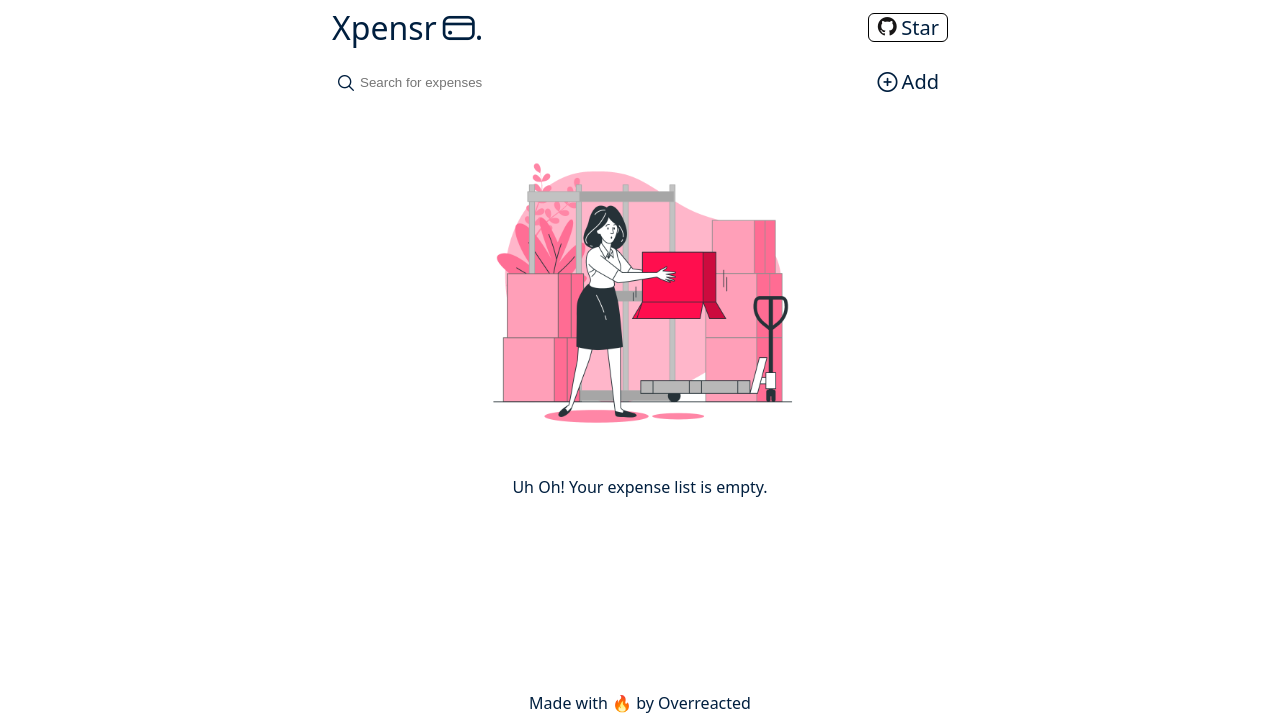
Repository: om1ars/task3
Page: /
The author's editor kept a copy of each file at every save. The page is drawn from the files as they stood at one save, then again after the next save.
The browser window is 1280 px wide. The pictures show the whole page.
Some web libraries are served in a nearby version. The project was rebuilt for these pictures with package versions that can differ from the ones it lists, and the page was loaded fresh each time. Also part of the build but not shown: src/constants/add-expense.js, src/components/add-form/add-form.css, src/components/add-form/success-modal.css, src/components/add-form/success-modal.js, src/components/add-form/index.js, src/pages/add-expense/add-expense.css, src/pages/add-expense/index.js, src/components/expense-list/card.css and 1 more.

Above is the page before, as saved 2021-12-18 14:38:43.

### public/index.html
<!DOCTYPE html>
<html lang="en">
  <head>
    <meta charset="utf-8" />
    <link rel="icon" href="%PUBLIC_URL%/favicon.ico" />
    <meta name="viewport" content="width=device-width, initial-scale=1" />
    <meta name="theme-color" content="#000000" />
    <meta name="description" content="SPA to track all your expenses" />
    <link rel="apple-touch-icon" href="%PUBLIC_URL%/logo192.png" />
    <!--
      manifest.json provides metadata used when your web app is installed on a
      user's mobile device or desktop. See https://developers.google.com/web/fundamentals/web-app-manifest/
    -->
    <link rel="manifest" href="%PUBLIC_URL%/manifest.json" />
    <link rel="preconnect" href="https://fonts.googleapis.com" />
    <link rel="preconnect" href="https://fonts.gstatic.com" crossorigin />
    <link
      href="https://fonts.googleapis.com/css2?family=Noto+Sans&display=swap"
      rel="stylesheet"
    />
    <link
      rel="stylesheet"
      href="https://cdn-uicons.flaticon.com/uicons-regular-rounded/css/uicons-regular-rounded.css"
    />
    <link
      rel="stylesheet"
      href="https://cdn.jsdelivr.net/gh/devicons/devicon@v2.12.0/devicon.min.css"
    />
    <title>Xpensr</title>
  </head>
  <body>
    <noscript>You need to enable JavaScript to run this app.</noscript>
    <div id="root"></div>
    <!--
      This HTML file is a template.
      If you open it directly in the browser, you will see an empty page.

      You can add webfonts, meta tags, or analytics to this file.
      The build step will place the bundled scripts into the <body> tag.

      To begin the development, run `npm start` or `yarn start`.
      To create a production bundle, use `npm run build` or `yarn build`.
    -->
  </body>
</html>

### src/index.js
import React from "react";
import ReactDOM from "react-dom";
import "./index.css";
import App from "./App";
import reportWebVitals from "./reportWebVitals";
import { Provider } from "react-redux";
import store from "./redux/store/index";

ReactDOM.render(
  <Provider store={store}>
    <App />
  </Provider>,
  document.getElementById("root")
);

// If you want to start measuring performance in your app, pass a function
// to log results (for example: reportWebVitals(console.log))
// or send to an analytics endpoint. Learn more: https://bit.ly/CRA-vitals
reportWebVitals();

### src/index.css
body {
  margin: 0;
  font-family: "Noto Sans", sans-serif;
  -webkit-font-smoothing: antialiased;
  -moz-osx-font-smoothing: grayscale;
  /* background-color: #71ccca; */
  color: #001f3f;
}
a {
  text-decoration: none;
  color: #001f3f;
}
.button {
  /* background: #71ccca; */
  box-shadow: 20px 20px 60px #60adac, -20px -20px 60px #82ebe8;
}
code {
  font-family: source-code-pro, Menlo, Monaco, Consolas, "Courier New",
    monospace;
}

### src/App.js
import React from "react";
import { BrowserRouter as Router, Route, Switch } from "react-router-dom";
import Footer from "./components/footer";
import Header from "./components/header";
import AddExpense from "./pages/add-expense";
import Home from "./pages/home/index";

const App = () => {
  return (
    <Router>
      <Header />
      <Switch>
        <Route path="/" exact component={Home} />
        <Route path="/add-expense" component={AddExpense} />
      </Switch>
      <Footer />
    </Router>
  );
};

export default App;

### src/redux/store/index.js
import { combineReducers, createStore } from "redux";
import { expenseReducer } from "../reducers/expenses";
const reducer = combineReducers({
  expenses: expenseReducer,
});
const initialState = {};
const store = createStore(reducer, initialState);

export default store;

### src/components/footer/index.js
import React from "react";
import "./footer.css";
const Footer = () => {
  return <footer>Made with 🔥 by Overreacted</footer>;
};

export default Footer;

### src/components/header/index.js
import React from "react";
import "./header.css";
const Header = () => {
  return (
    <div className="header-container">
      <div className="header">
        <div className="header-logo">
          Xpensr
          <i class="fi-rr-credit-card" />.
        </div>
        <div className="header-button">
          <a
            href="https://github.com/shuvamk"
            target="_blank"
            rel="noopener noreferrer"
          >
            <i class="devicon-github-original colored" />
            Star
          </a>
        </div>
      </div>
    </div>
  );
};

export default Header;

### src/pages/home/index.js
import React from "react";
import ExpenseList from "../../components/expense-list";
import Footer from "../../components/footer";
import Header from "../../components/header";
import TopFold from "../../components/top-fold";
import "./home.css";
const Home = () => {
  return (
    <div className="home">
      <TopFold />
      <ExpenseList />
    </div>
  );
};

export default Home;

### src/redux/reducers/expenses.js
import {
  ADD_EXPENSE,
  DELETE_EXPENSE,
  SEARCH_EXPENSE,
} from "../action-types/expenses";

const initialList = () => {
  const list = localStorage.getItem("expense-list");
  let expenses = [];
  if (list) {
    expenses = JSON.parse(list);
  }
  return expenses;
};
const initialState = {
  expenseList: initialList(),
  query: "",
};

export const expenseReducer = (state = initialState, action) => {
  switch (action.type) {
    case ADD_EXPENSE: {
      localStorage.setItem(
        "expense-list",
        JSON.stringify([...state.expenseList, action.data])
      );
      return {
        ...state,
        expenseList: [...state.expenseList, action.data],
        query: "",
      };
    }
    case DELETE_EXPENSE: {
      const { data } = action;
      const updatedList = state.expenseList.filter(
        (item) => item.createdAt !== data.createdAt
      );
      localStorage.setItem("expense-list", JSON.stringify(updatedList));
      return {
        ...state,
        expenseList: updatedList,
      };
    }
    case SEARCH_EXPENSE: {
      const { query } = action;
      return {
        ...state,
        query,
      };
    }
    default:
      return {
        ...state,
      };
  }
};

### src/components/footer/footer.css
footer {
  width: 100%;
  position: fixed;
  bottom: 0;
  display: flex;
  justify-content: center;
  align-items: center;
  padding-bottom: 6px;
}

### src/components/header/header.css
.header-container {
  width: 50%;
  margin: auto;
}
.header {
  display: flex;
  justify-content: space-between;
  align-items: center;
  flex: 1;
  margin: 6px 12px;
}
.header-logo {
  display: flex;
  align-items: center;
  font-size: 32px;
  font-weight: 500;
}
.header-logo i {
  display: flex;
  align-items: center;
  margin-left: 6px;
}

.header-button {
  font-size: 20px;
  display: flex;
  justify-content: center;
  align-items: center;
  border: 1px solid black;
  border-radius: 6px;
  padding: 0px 8px;
}
.header-button i {
  margin-right: 4px;
}

@media only screen and (max-width: 1024px) {
  .header-container {
    width: 90%;
  }
  .header-logo {
    font-size: 28px;
  }
  .header-button {
    font-size: 18px;
  }
}

@media only screen and (max-width: 512px) {
  .header-container {
    width: 100%;
  }
  .header-logo {
    font-size: 24px;
  }
  .header-button {
    font-size: 16px;
  }
}

### src/components/top-fold/index.js
import React, { useEffect, useState } from "react";
import { Link, useLocation } from "react-router-dom";
import "./top-fold.css";
import { useDispatch } from "react-redux";
import { searchExpense } from "../../redux/actions/expenses";
const TopFold = () => {
  const [query, setQuery] = useState("");
  const dispatch = useDispatch();
  const handleQuery = (e) => {
    setQuery(e.target.value);
    dispatch(searchExpense(e.target.value));
  };
  return (
    <div className="topfold">
      {window.location.pathname === "/" ? (
        <div className="home-topfold">
          <div className="searchbar">
            <i class="fi-rr-search"></i>
            <input
              placeholder="Search for expenses"
              value={query}
              onChange={(e) => handleQuery(e)}
            />
          </div>
          <Link to="/add-expense">
            <div className="add-button">
              <i class="fi-rr-add"></i>
              <label>Add</label>
            </div>
          </Link>
        </div>
      ) : (
        <div className="add-topfold">
          <Link to="/">
            <div className="add-topfold-button">
              <i class="fi-rr-angle-left"></i>
              <label>Back</label>
            </div>
          </Link>
          <Link to="/">
            <div className="add-topfold-button">
              <i class="fi-rr-cross-circle"></i>
              <label>Cancel</label>
            </div>
          </Link>
        </div>
      )}
    </div>
  );
};

export default TopFold;

### src/components/expense-list/index.js
import React, { useEffect, useState } from "react";
import { useSelector } from "react-redux";
import { toast, ToastContainer } from "react-toastify";
import Card from "./card";
import "./expense-list.css";
const ExpenseList = () => {
  const { expenseList: list, query } = useSelector((state) => state.expenses);
  const filteredList = list.filter((item) => item.title.includes(query));

  const notifySuccess = () => toast.success("Expense Deleted!");
  return (
    <div className="expense-list">
      <ToastContainer
        position="bottom-left"
        autoClose={1500}
        hideProgressBar={false}
        newestOnTop={false}
        closeOnClick
      />
      {filteredList.length ? (
        filteredList.map((item) => (
          <Card item={item} notifySuccess={notifySuccess} />
        ))
      ) : (
        <div className="empty-state">
          <img
            src={require("../../assets/images/empty.png").default}
            alt="No Expenses"
            className="empty-image"
          />
          <label>Uh Oh! Your expense list is empty.</label>
        </div>
      )}
    </div>
  );
};

export default ExpenseList;

### src/pages/home/home.css
.home {
  width: 50%;
  margin: auto;
}

@media only screen and (max-width: 1024px) {
  .home {
    width: 90%;
  }
}

@media only screen and (max-width: 512px) {
  .home {
    width: 100%;
  }
}

### src/redux/action-types/expenses.js
export const ADD_EXPENSE = "ADD_EXPENSE";

export const DELETE_EXPENSE = "DELETE_EXPENSE";

export const SEARCH_EXPENSE = "SEARCH_EXPENSE";

### src/redux/actions/expenses.js
import {
  ADD_EXPENSE,
  DELETE_EXPENSE,
  SEARCH_EXPENSE,
} from "../action-types/expenses";

export const addExpense = (data) => {
  return {
    type: ADD_EXPENSE,
    data,
  };
};

export const deleteExpense = (data) => {
  console.log(data, "Action");
  return {
    type: DELETE_EXPENSE,
    data,
  };
};

export const searchExpense = (query) => {
  console.log(query);
  return {
    type: SEARCH_EXPENSE,
    query,
  };
};

### src/components/top-fold/top-fold.css
.topfold {
  display: flex;
  justify-content: space-between;
  margin: 6px 12px;
  padding: 12px 0px;
  align-items: center;
}
.home-topfold {
  display: flex;
  justify-content: space-between;
  flex: 1;
}
.searchbar {
  display: flex;
  align-items: center;
  width: 50%;
  background-color: white;
  border-radius: 12px;
}
.searchbar input {
  width: 80%;
  outline: none;
  padding: 8px 0px;
  border: none;
  margin-left: 6px;
  background-color: white;
}

.searchbar i {
  display: flex;
  align-items: center;
  margin-left: 6px;
}

.add-button {
  display: flex;
  align-items: center;
  border-radius: 4px;
  border: 1px solid white;
  font-size: 20px;
  padding: 0px 8px;
  border-radius: 6px;
  cursor: pointer;
}

.add-button i {
  display: flex;
  align-items: center;
  margin-right: 4px;
}
.add-topfold {
  display: flex;
  justify-content: space-between;
  flex: 1;
}
.add-topfold-button {
  display: flex;
  align-items: center;
  font-size: 18px;
  cursor: pointer;
}
.add-topfold-button i {
  display: flex;
  align-items: center;
  margin-right: 4px;
}

@media only screen and (max-width: 1024px) {
  .add-button {
    font-size: 18px;
  }
  .searchbar {
    width: 70%;
  }
}

@media only screen and (max-width: 512px) {
  .add-button {
    font-size: 16px;
  }
}

### src/components/expense-list/expense-list.css
.expense-list {
  margin: 6px 12px;

  display: flex;
  flex-direction: column;
  flex: 1;
}
.empty-state {
  display: flex;
  justify-content: center;
  align-items: center;
  flex-direction: column;
}
.empty-image {
  height: 360px;
}

@media only screen and (max-width: 1024px) {
  .empty-image {
    height: 320px;
  }
}

@media only screen and (max-width: 512px) {
  .empty-image {
    height: 240px;
  }
}

Loaded but not shown: src/reportWebVitals.js (common file)

After the next save:
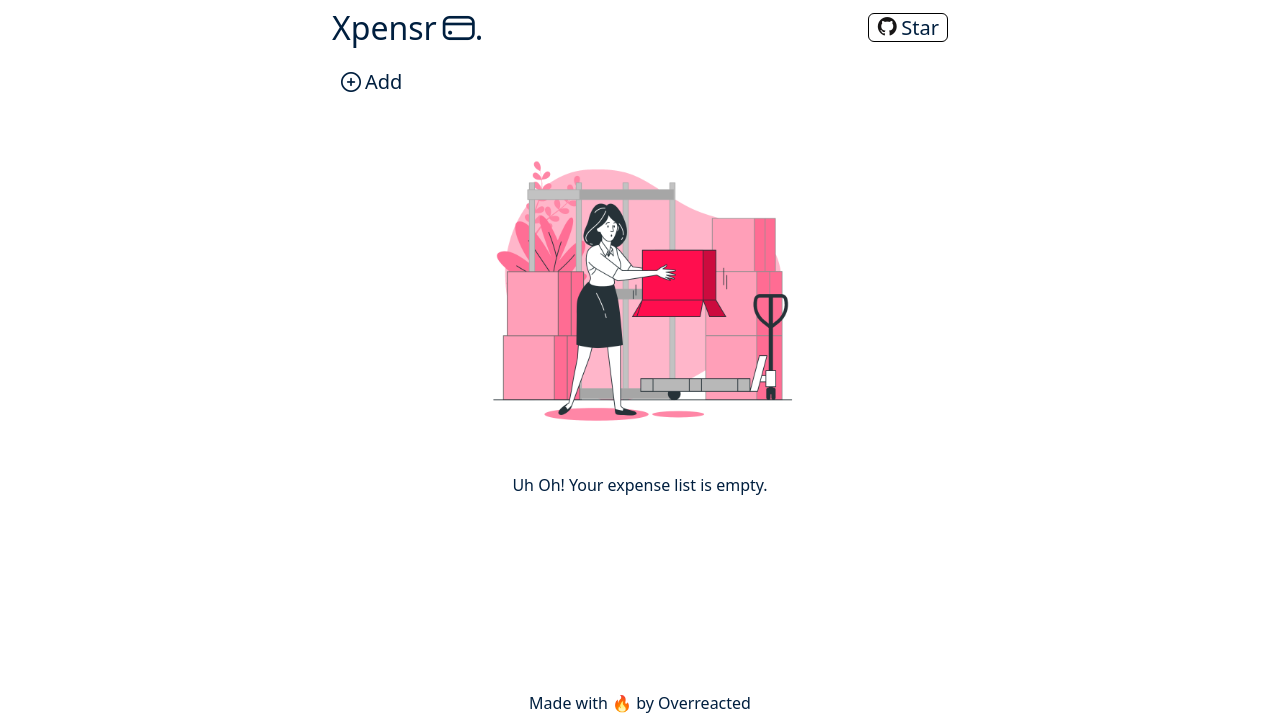
Saved 42 s later.
--- a/src/components/top-fold/index.js
+++ b/src/components/top-fold/index.js
@@ -14,14 +14,14 @@ const TopFold = () => {
     <div className="topfold">
       {window.location.pathname === "/" ? (
         <div className="home-topfold">
-          <div className="searchbar">
+          {/* <div className="searchbar">
             <i class="fi-rr-search"></i>
             <input
               placeholder="Search for expenses"
               value={query}
               onChange={(e) => handleQuery(e)}
             />
-          </div>
+          </div> */}
           <Link to="/add-expense">
             <div className="add-button">
               <i class="fi-rr-add"></i>
